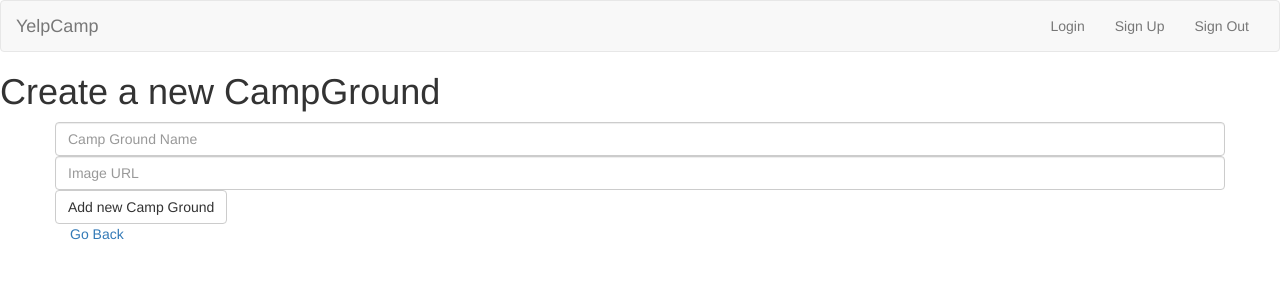
Repository: KMurphs/Tutorials
Page: YelpCamp/v1/views/newcampground.ejs
The author's editor kept a record of every edit. The page is drawn from the files as they stood at one moment, then again after the next edit.
The browser window is 1280 px wide. The pictures show the whole page.
The page is served by the project's Node server (YelpCamp/vtemplate/app.js). The template is opened directly, without the code that normally fills it, so the values that code supplies are empty.

Above is the page before.

After the next edit:
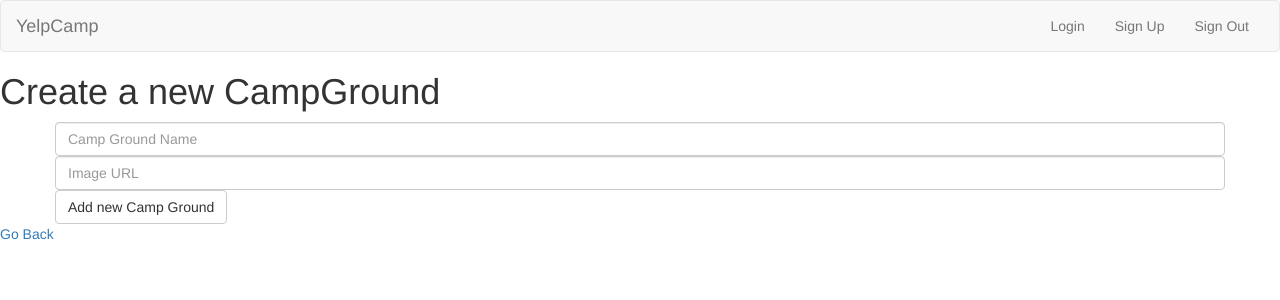
The edit:
--- a/Web Development/Udemy - Boot Camp/Code/code/webdevebootcamp - backend/workspace/YelpCamp/v1/views/newcampground.ejs
+++ b/Web Development/Udemy - Boot Camp/Code/code/webdevebootcamp - backend/workspace/YelpCamp/v1/views/newcampground.ejs
@@ -3,12 +3,13 @@
 <h1>Create a new CampGround</h1>
 
 <div class='container'>
-	<div class='row'>
-	<form method="POST" action="/campgrounds" >
-		<input class='form-control' type="text" name="name" placeholder="Camp Ground Name">
-		<input class='form-control'type="text" name="image" placeholder="Image URL">
-		<button class='btn btn-large btn-default'>Add new Camp Ground</button>
-	</form>
+	<div class='row' style=''>
+		<form method="POST" action="/campgrounds" >
+			<input class='form-control' type="text" name="name" placeholder="Camp Ground Name">
+			<input class='form-control'type="text" name="image" placeholder="Image URL">
+			<button class='btn btn-large btn-default'>Add new Camp Ground</button>
+		</form>
+	</div>
 </div>
 
 <a href="/campgrounds">Go Back</a>
